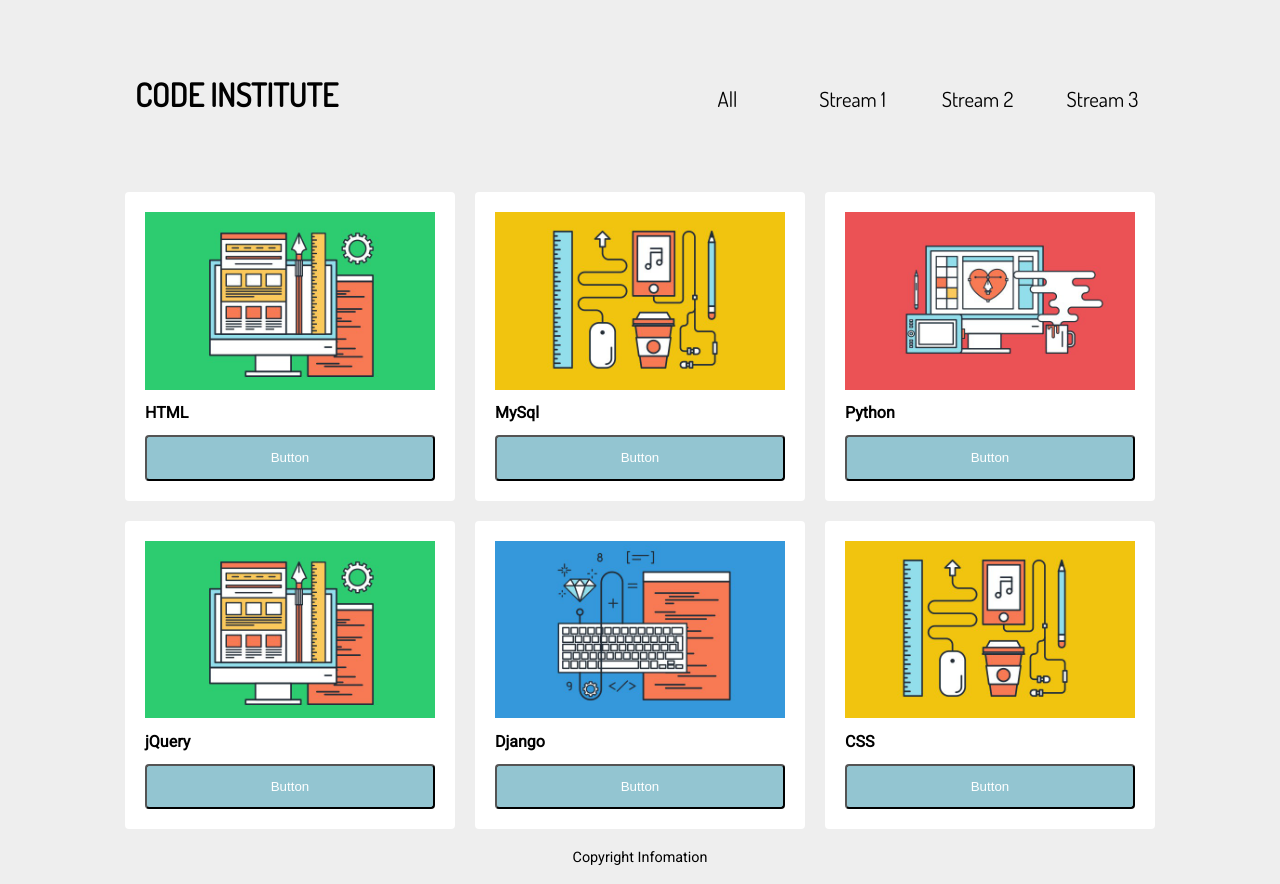
Repository: SOliv1/jquery-downloading-selectors
Page: index.html
The author's editor kept a record of every edit. The page is drawn from the files as they stood at one moment, then again after the next edit.
The browser window is 1280 px wide. The pictures show the whole page.
Some web libraries are served in a nearby version.

Above is the page before.

After the next edit:
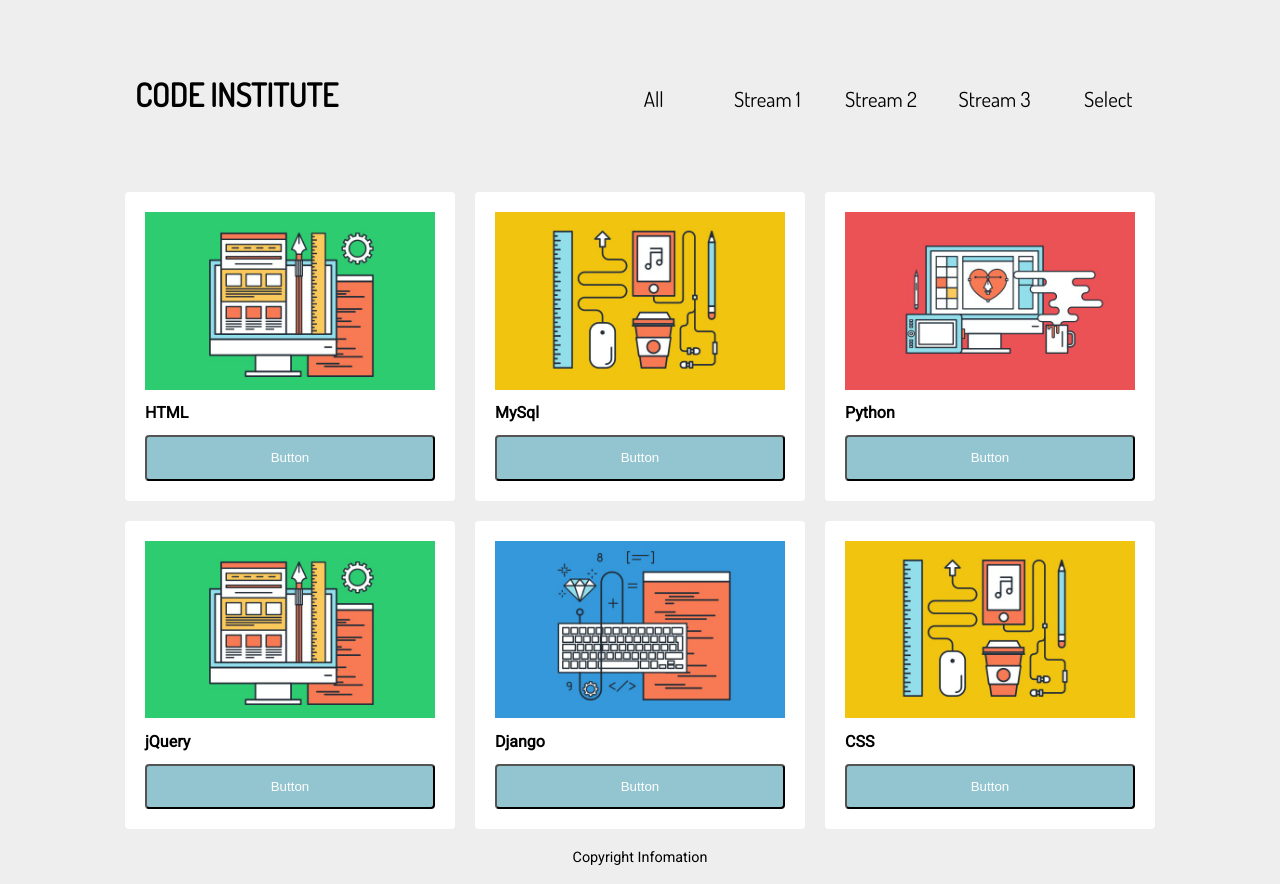
The edit:
--- a/index.html
+++ b/index.html
@@ -17,6 +17,7 @@
 				<li id="stream1_btn">Stream 1</li>
 				<li id="stream2_btn">Stream 2</li>
 				<li id="stream3_btn">Stream 3</li>
+				<li id="select_btn">Select</li>
 			</ul>
 		</nav>
 		<div class="card stream1">
